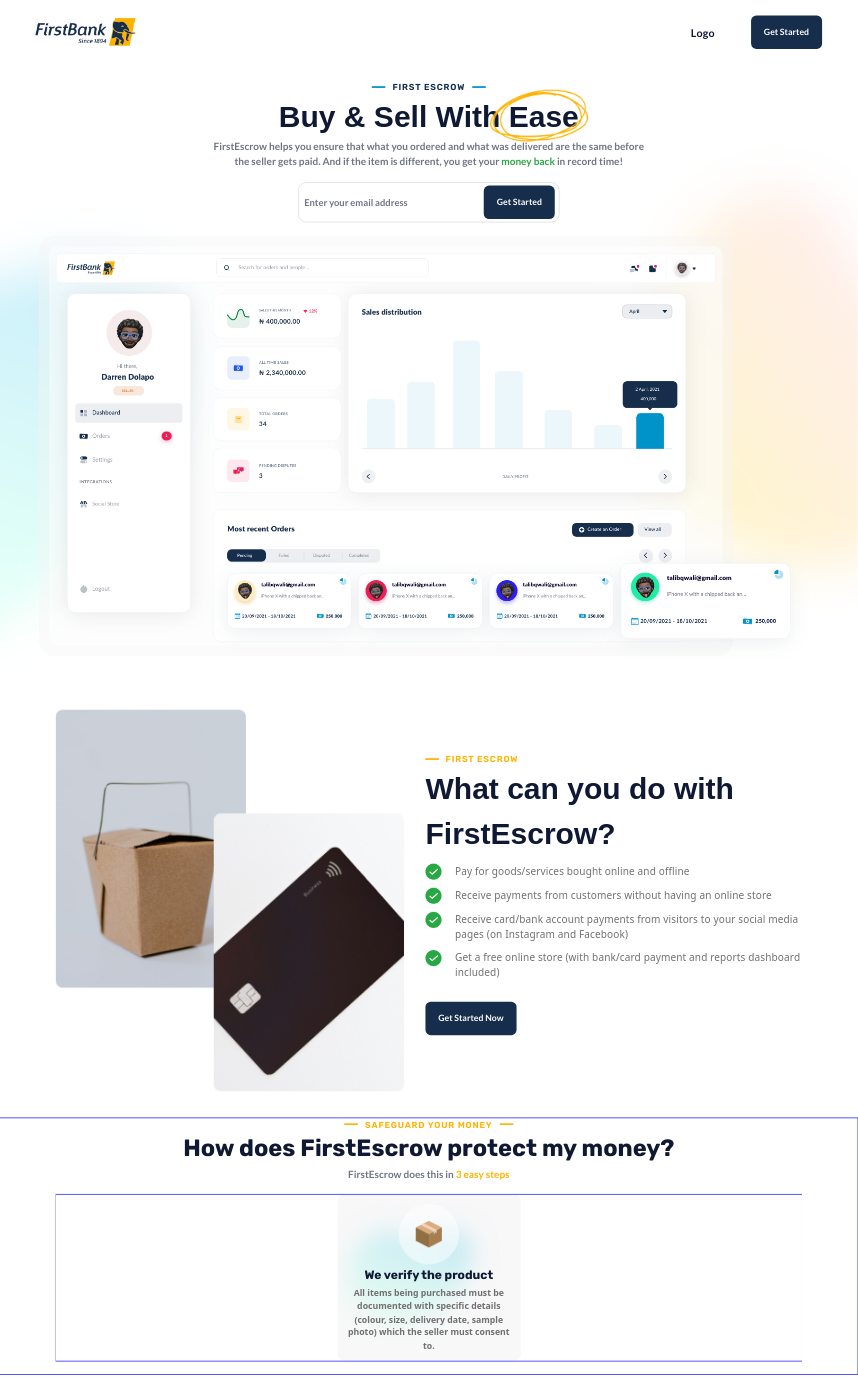
Repository: Pepperest-dev/First_Escrow_Home
Page: index.html
These files come from the project's save history. The page is drawn as it stood at one moment and after the next save; the edit follows.
The browser window is 1280 px wide. The pictures show the whole page, at 67% of full size.

Above is the page before, as saved 2021-09-26 12:24:26.

After the next save:
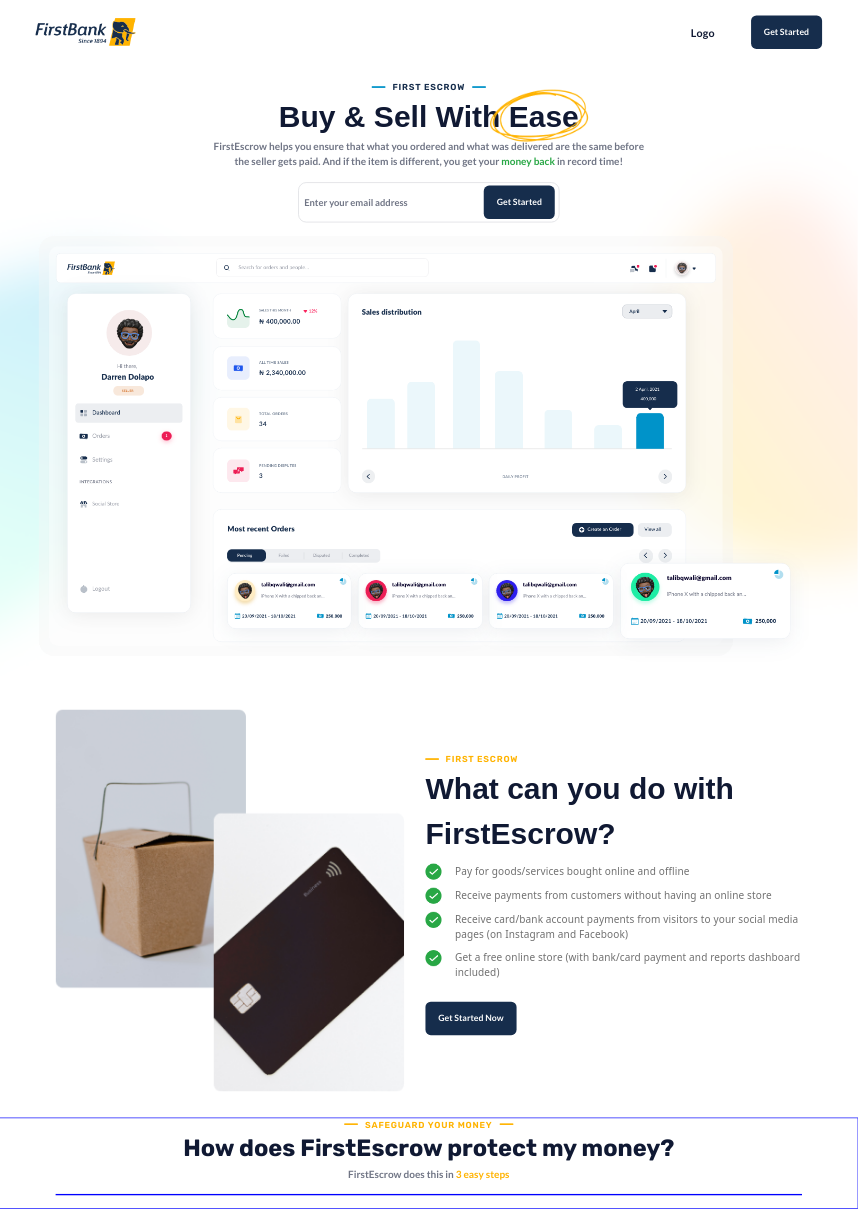
Saved 23 s later.
--- a/index.html
+++ b/index.html
@@ -192,22 +192,7 @@
         <div
           id="threeBoxes"
           class="flex justify-around items-center outline my-5"
-        >
-          <div
-            style="background-image: url('/assets/imgs/darkGreenCardBg.png')"
-            class="box"
-          >
-            <div class="boxImage">
-              <img src="/assets/imgs/parcelBox.png" alt="" srcset="" />
-            </div>
-            <p class="boxTitle">We verify the product</p>
-            <p class="boxTextContent">
-              All items being purchased must be documented with specific details
-              (colour, size, delivery date, sample photo) which the seller must
-              consent to.
-            </p>
-          </div>
-        </div>
+        ></div>
       </section>
     </div>
     <script src="js/app.js"></script>
